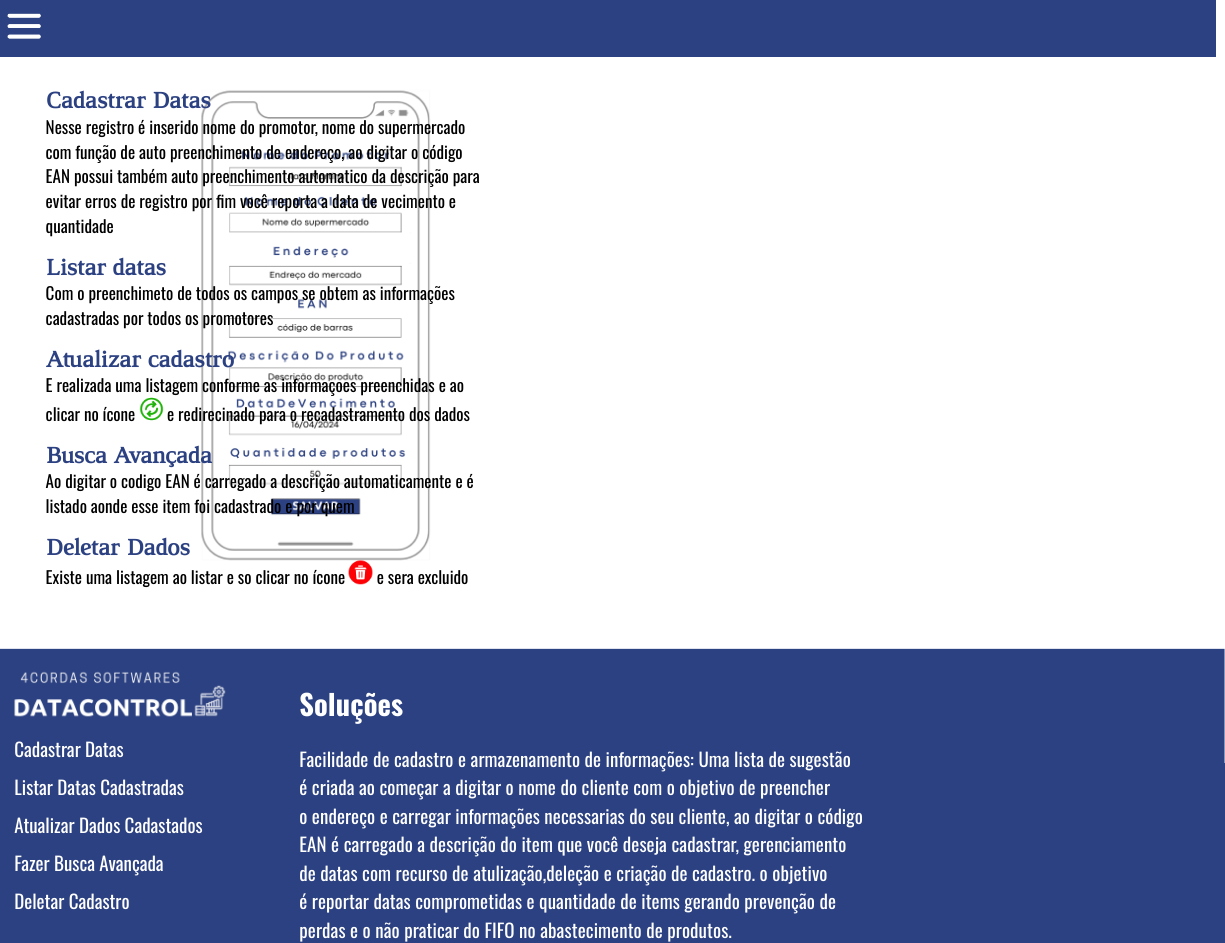
Repository: alfredo-allan/ControleDeDatasFrontEnd
Page: index.html
These files come from the project's save history. The page is drawn as it stood at one moment and after the next save; the edit follows.
The browser window is 1280 px wide. The page is 1289 px wide, so the pictures cover 1289 px, including what lies to the right of the window. The pictures show the whole page, at 95% of full size.

Above is the page before, as saved 2024-04-30 14:59:04.
Console error: TypeError: Cannot read properties of null (reading 'addEventListener')

After the next save:
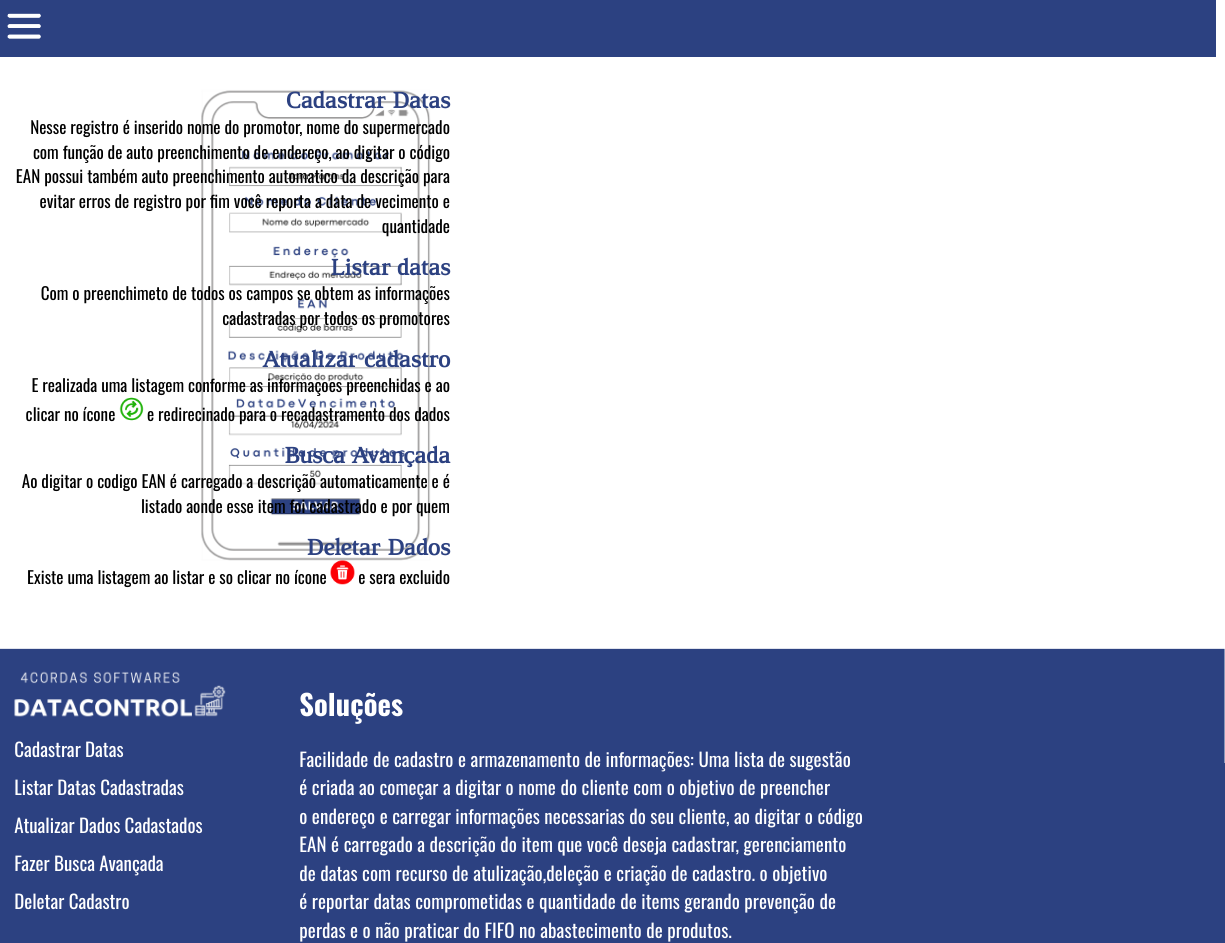
Saved 9 s later.
--- a/style/style.css
+++ b/style/style.css
@@ -449,7 +449,7 @@
 .coluna {
   /* display: flex; */
   flex-direction: column;
-  direction: ltr;
+  direction: rtl;
   /* justify-content: center; */
   /* margin-left: 40%; */
   margin-top: -41%;

After the 2 saves that followed:
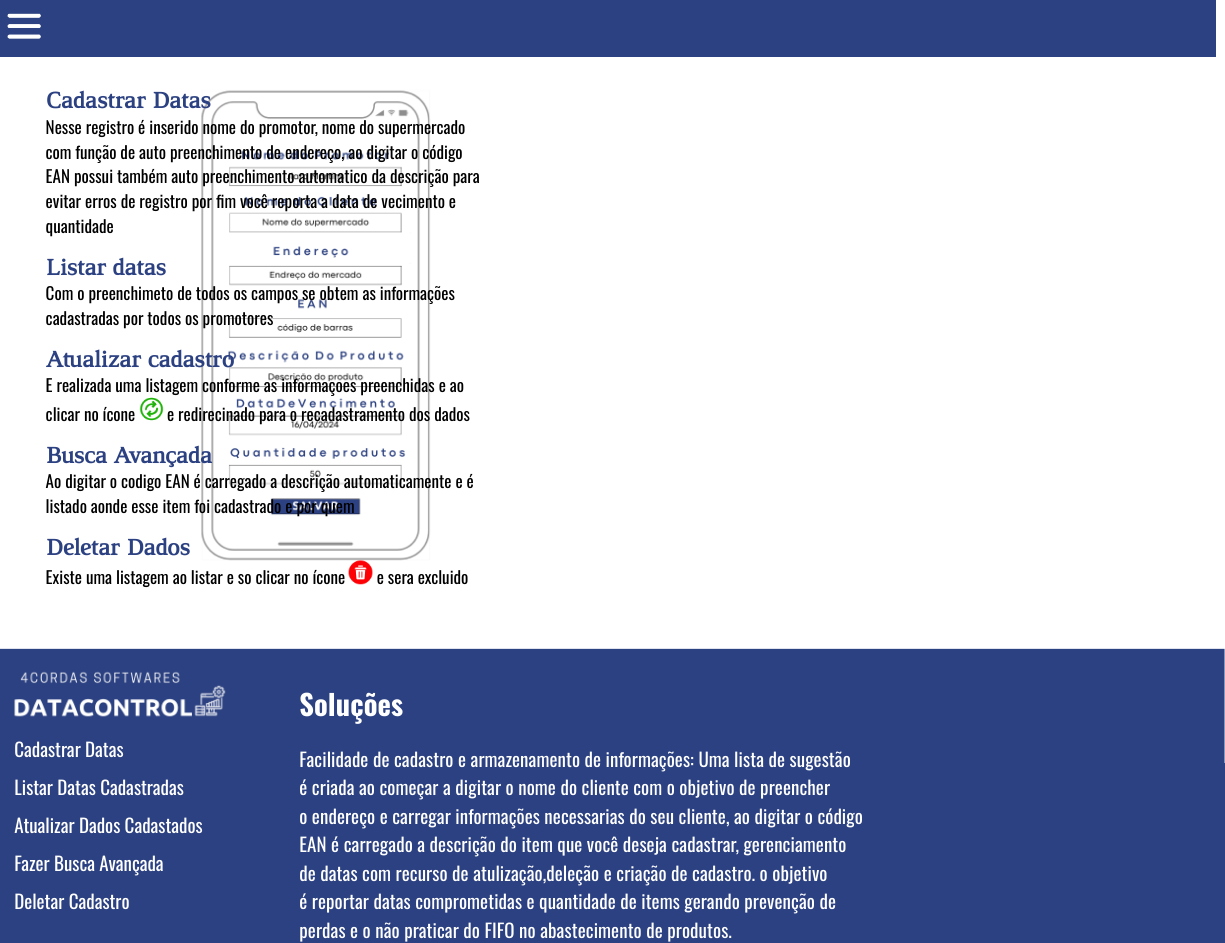
The 2 saves are shown as one change because they came seconds apart.
The last was saved 7 s later.
--- a/style/style.css
+++ b/style/style.css
@@ -449,7 +449,7 @@
 .coluna {
   /* display: flex; */
   flex-direction: column;
-  direction: rtl;
+  direction: ltr;
   /* justify-content: center; */
   /* margin-left: 40%; */
   margin-top: -41%;
